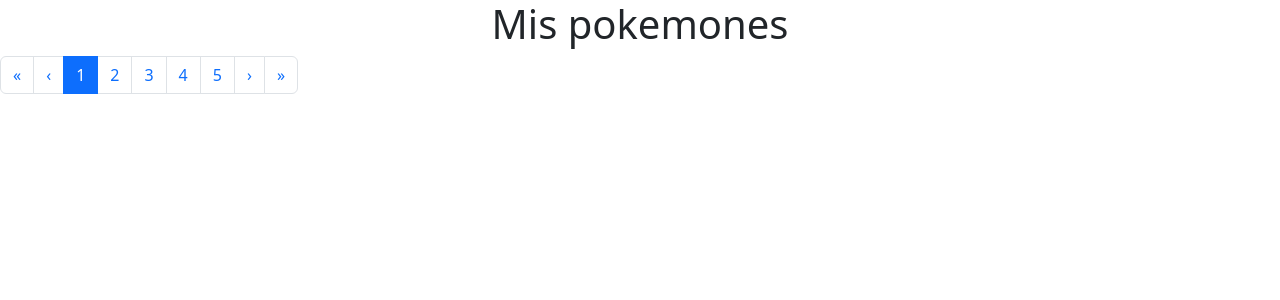
Repository: MiguelDev5/poke-shop
Page: /
These files come from the project's save history. The page is drawn as it stood at one moment and after the next save; the edit follows.
The browser window is 1280 px wide. The pictures show the whole page.
The page's requests for data from a server got no answer. The project was rebuilt for these pictures with package versions that can differ from the ones it lists, and the page was loaded fresh each time. No one was signed in, and anything a server would have sent is missing. Also part of the build but not shown: src/components/body.js.

Above is the page before, as saved 2023-10-28 00:08:57.

### src/App.js
import React, { useState, useEffect } from 'react';
import 'bootstrap/dist/css/bootstrap.min.css';
import fetchData from './api/poke_api';
import PokeGrid from './components/body';
import PokeTitle from './components/title';
import PokePagination from './components/pagination';
import { Col } from 'react-bootstrap';

<link
  rel="stylesheet"
  href="https://cdn.jsdelivr.net/npm/bootstrap@5.3.0/dist/css/bootstrap.min.css"
  integrity="sha384-9ndCyUaIbzAi2FUVXJi0CjmCapSmO7SnpJef0486qhLnuZ2cdeRhO02iuK6FUUVM"
  crossorigin="anonymous"
/>

const App = () => {
  const [data, setData] = useState(null);

  useEffect(() => {
    const getData = async () => {
      try {
        const jsonData = await fetchData();
        console.log(jsonData);
        setData(jsonData);
      } catch (error) {
        console.log("--------------->");
        console.error(error);
      }
    };

    getData();
  }, []);

  return (
    <div>
      <Col>
        <PokeTitle/>
        <PokeGrid props={data} />
        <PokePagination/>
      </Col>
    </div>
  );
};

export default App;

### src/api/poke_api.js
const fetchData = async () => {
    try {
        const response = await fetch('https://pokeapi.co/api/v2/pokemon?offset=0&limit=48');
        const jsonData = await response.json();
        console.log("--------------->");
        return jsonData;
    } catch (error) {
        console.error('Error al obtener datos:', error);
    }
};

export default fetchData;

### src/components/title.js
const PokeTitle = () => {
    return (
      <div style={{
          display: "flex",
          alignItems: "center",
          justifyContent: "center",
          height: "100%"
        }}
      >
        <h1>
          Mis pokemones
        </h1>
      </div>
    );
  }

  export default PokeTitle;

### src/components/pagination.js
import React, { useState } from 'react';
import { Pagination } from 'react-bootstrap';

const PokePagination = () => {
  const [currentPage, setCurrentPage] = useState(1);

  const handlePageChange = (pageNumber) => {
    setCurrentPage(pageNumber);
  };

  const renderPaginationItems = () => {
    const totalPages = 20; // Total de páginas en tu conjunto de datos
    const maxVisiblePages = 5; // Número máximo de páginas visibles

    let startPage = Math.max(currentPage - Math.floor(maxVisiblePages / 2), 1);
    let endPage = Math.min(startPage + maxVisiblePages - 1, totalPages);

    if (endPage - startPage < maxVisiblePages - 1) {
      startPage = Math.max(endPage - maxVisiblePages + 1, 1);
    }

    const paginationItems = [];

    for (let i = startPage; i <= endPage; i++) {
      paginationItems.push(
        <Pagination.Item
          key={i}
          active={i === currentPage}
          onClick={() => handlePageChange(i)}
        >
          {i}
        </Pagination.Item>
      );
    }

    return paginationItems;
  };

  return (
    <Pagination>
      <Pagination.First onClick={() => handlePageChange(1)} />
      <Pagination.Prev
        onClick={() => handlePageChange(Math.max(currentPage - 1, 1))}
      />
      {renderPaginationItems()}
      <Pagination.Next
        onClick={() =>
          handlePageChange(Math.min(currentPage + 1, 20))
        }
      />
      <Pagination.Last onClick={() => handlePageChange(20)} />
    </Pagination>
  );
};

export default PokePagination;

Loaded but not shown: public/index.html (common file); src/index.js (common file); src/index.css (common file); src/reportWebVitals.js (common file)

After the next save:
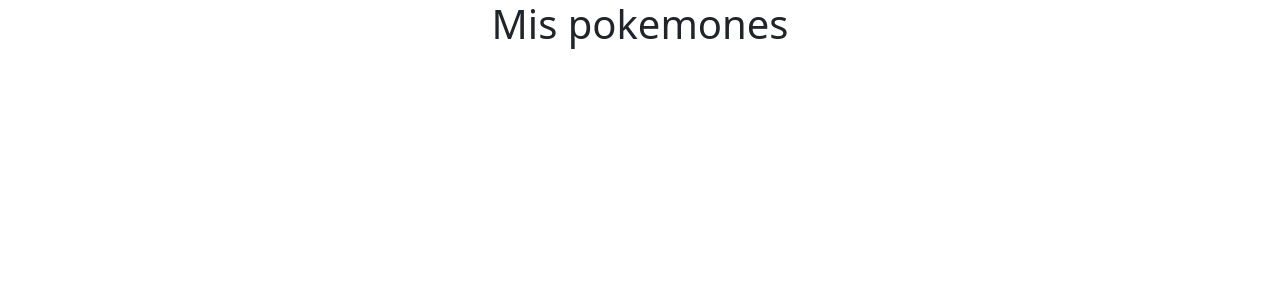
Saved 4 min 10 s later.
--- a/src/App.js
+++ b/src/App.js
@@ -36,7 +36,6 @@
       <Col>
         <PokeTitle/>
         <PokeGrid props={data} />
-        <PokePagination/>
       </Col>
     </div>
   );

After the save that followed:
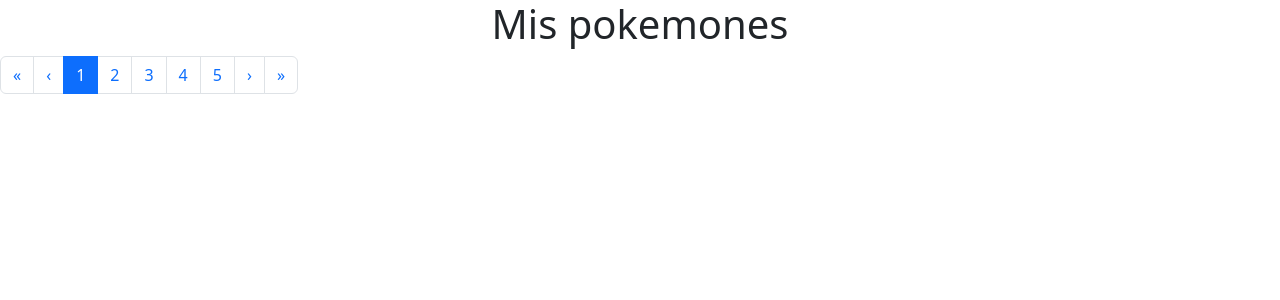
Saved 12 s later.
--- a/src/App.js
+++ b/src/App.js
@@ -36,6 +36,7 @@
       <Col>
         <PokeTitle/>
         <PokeGrid props={data} />
+        <PokePagination/>
       </Col>
     </div>
   );
